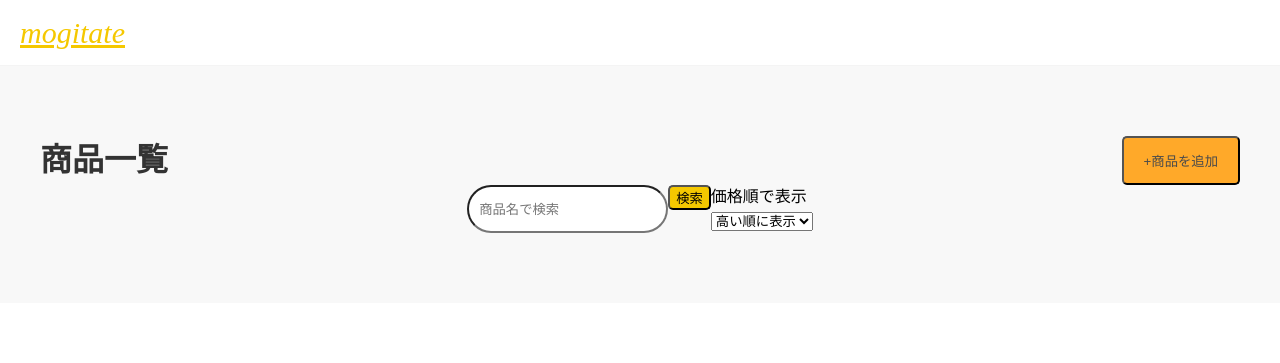
Repository: SuzukiFuminori/test-fruit
Page: http://localhost/products
An editor plug-in stored every save of this project. The page is shown before and after the next save, followed by the edit.
The browser window is 1280 px wide. The pictures show the whole page.
The page is served by the project's Laravel application, run on PHP 8.4 with Laravel 8. Queries for data that is not in the repository find no rows.

Above is the page before, as saved 2024-12-30 06:12:21.

After the next save:
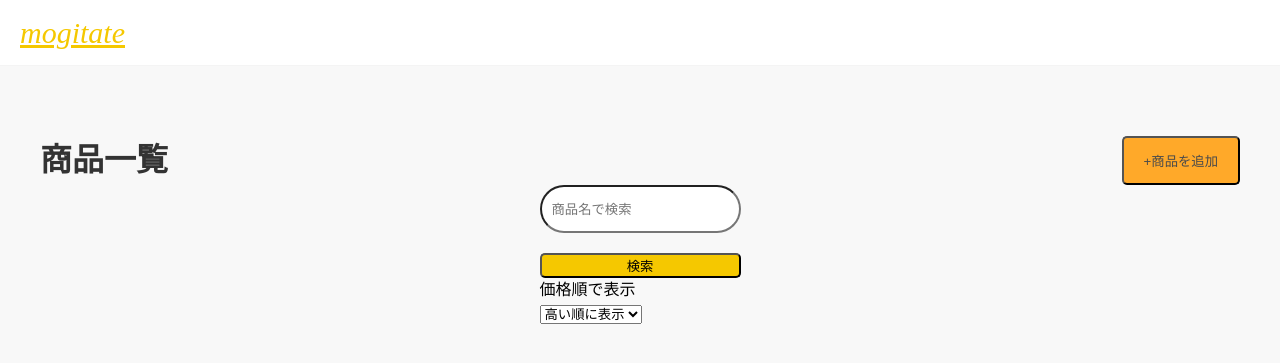
Saved 7 s later.
--- a/src/resources/views/index.blade.php
+++ b/src/resources/views/index.blade.php
@@ -19,7 +19,7 @@
       </div>
       <div class="content-container">
         <div class="search-wrapper">
-          <d class="search__input">
+          <div class="search__input">
             <input class="search__input--text" type="search" name="name" placeholder="商品名で検索">
           </div>
           <div class="search__button">
